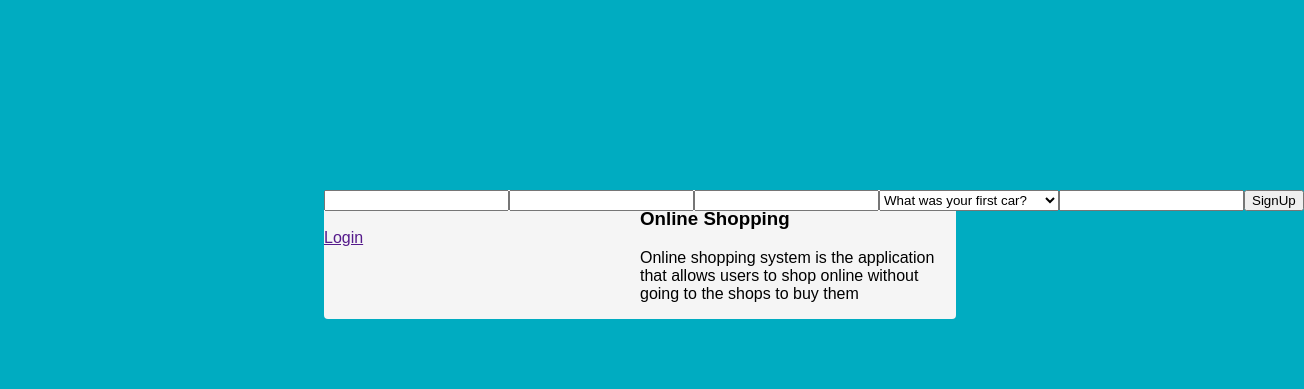
Repository: NidhiDaniel/E-Cart
Page: http://localhost/Online-Shopping-Cart/
The author's editor kept a copy of each file at every save. The page is drawn from the files as they stood at one save, then again after the next save.
The browser window is 1280 px wide. The page is 1304 px wide, then 1280 px, so the pictures cover 1304 px, including what lies to the right of the window. The pictures show the whole page.
The page is served by Tomcat 9.

Above is the page before, as saved 2024-01-03 06:30:26.

After the next save:
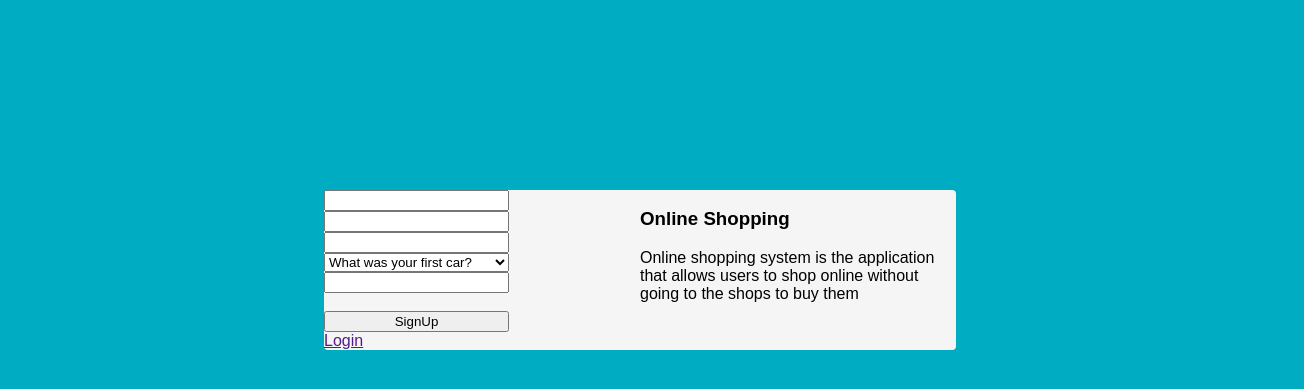
Saved 2 min 7 s later.
--- a/Online-Shopping-Cart/src/main/webapp/css/sign-up.css
+++ b/Online-Shopping-Cart/src/main/webapp/css/sign-up.css
@@ -15,7 +15,7 @@ body{
 	width:50%;
 }
 .left-div form{
-	display:flex;
+	display:inline-grid;
 }
 .right-div{
 	width:50%;
